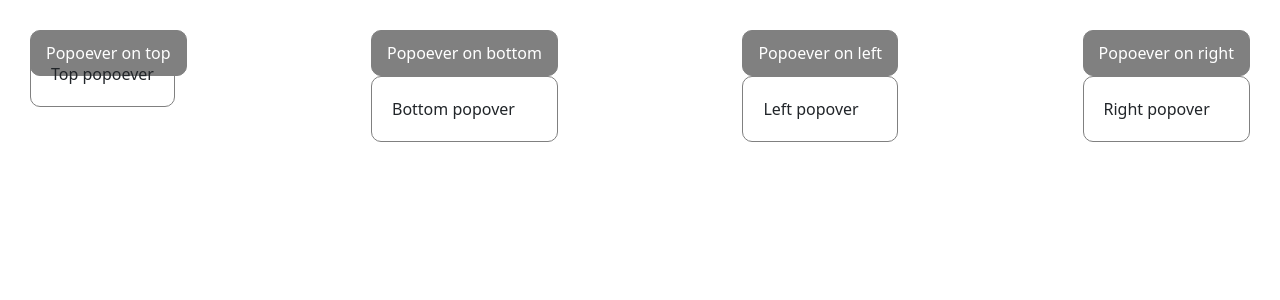
Repository: 1509Long/1509long.github.io
Page: exam.html
The author's editor kept a copy of each file at every save. The page is drawn from the files as they stood at one save, then again after the next save.
The browser window is 1280 px wide. The pictures show the whole page.

Above is the page before, as saved 2022-05-24 20:38:37.

After the next save:
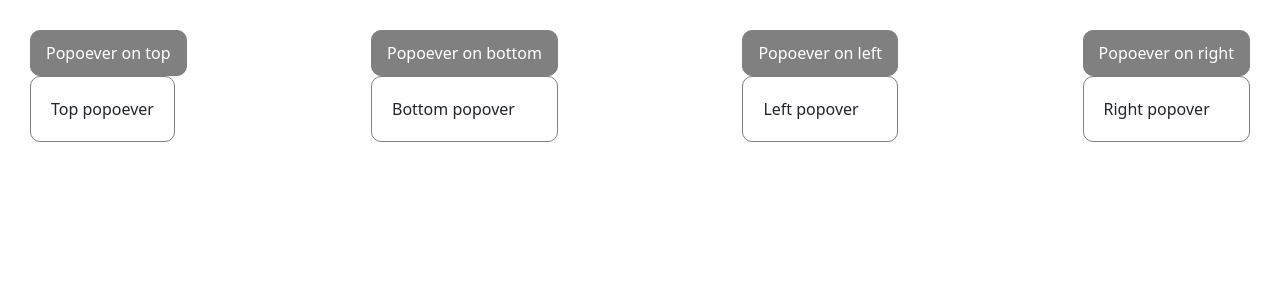
Saved 12 s later.
--- a/exam.html
+++ b/exam.html
@@ -48,7 +48,7 @@
 
       .toggle-top {
         position: absolute;
-        bottom: 35px;
+
         left: 0;
       }
 
